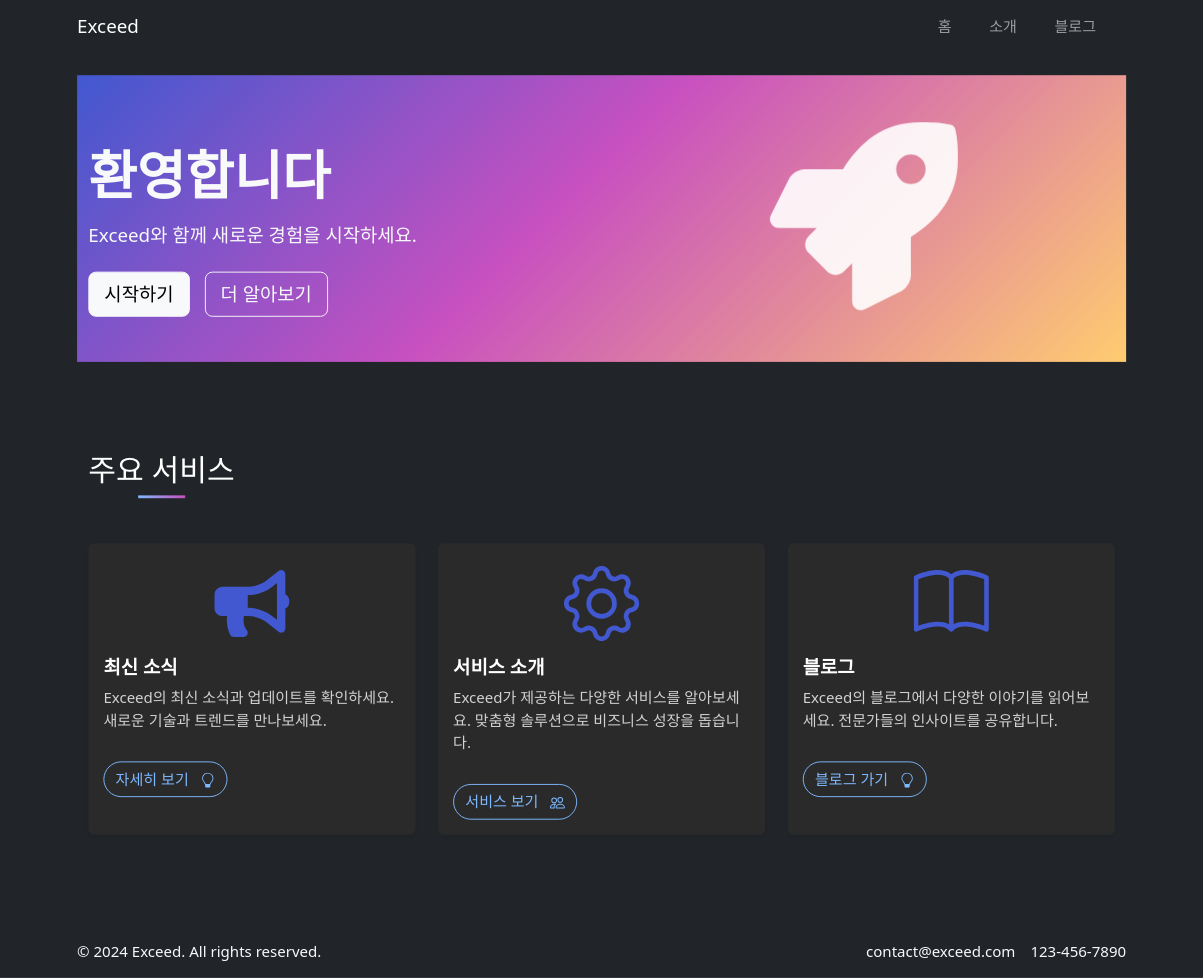
Repository: somej-123/exceed
Page: /
The author's editor kept a copy of each file at every save. The page is drawn from the files as they stood at one save, then again after a run of saves.
The browser window is 1280 px wide. The pictures show the whole page, at 94% of full size.
The project was rebuilt for these pictures with package versions that can differ from the ones it lists, and the page was loaded fresh each time. Also part of the build but not shown: vite.config.ts, src/pages/Info.tsx, src/pages/Blog.tsx.

Above is the page before, as saved 2025-03-23 20:01:59.

### src/App.tsx
import { BrowserRouter as Router, Routes, Route } from 'react-router-dom';
import Layout from './components/Layout';
import Home from './pages/Home';
import Info from './pages/Info';
import Blog from './pages/Blog';
import 'bootstrap/dist/css/bootstrap.min.css';

function App() {
  return (
    <Router>
      <Routes>
        <Route path="/" element={<Layout />}>
          <Route index element={<Home />} />
          <Route path="info" element={<Info />} />
          <Route path="blog" element={<Blog />} />
        </Route>
      </Routes>
    </Router>
  );
}

export default App;

### src/components/Layout.tsx
import { Container } from 'react-bootstrap';
import Header from './Header';
import Footer from './Footer';
import { Outlet } from 'react-router-dom';
import styles from '../styles/Layout.module.css';

const Layout = () => {
  return (
    <div className={`d-flex flex-column min-vh-100 bg-dark text-light ${styles.layoutContainer}`}>
      <Header />
      <Container className="flex-grow-1 py-4">
        <Outlet />
      </Container>
      <Footer />
    </div>
  );
};

export default Layout;

### src/pages/Home.tsx
import { Container, Row, Col, Card, Button } from 'react-bootstrap';
import { FaRocket, FaBullhorn } from 'react-icons/fa';
import { BsLightbulb, BsBook, BsGear, BsPeople } from 'react-icons/bs';
import '../styles/home.css';

const Home = () => {
  return (
    <>
      {/* 히어로 섹션 */}
      <div className="hero-section text-light py-5 mb-5">
        <Container>
          <Row className="align-items-center">
            <Col md={6} className="mb-md-0">
              <h1 className="display-4 fw-bold mb-3 pt-4">환영합니다</h1>
              <p className="lead mb-4">Exceed와 함께 새로운 경험을 시작하세요.</p>
              <Button variant="light" size="lg" className="me-3">시작하기</Button>
              <Button variant="outline-light" size="lg">더 알아보기</Button>
            </Col>
            <Col md={6} className="text-center">
              <FaRocket size={200} className="hero-icon" />
            </Col>
          </Row>
        </Container>
      </div>

      {/* 주요 서비스 섹션 */}
      <Container className="py-5">
        <h2 className="text-center mb-5 section-title">주요 서비스</h2>
        <Row>
          <Col md={4} className="mb-4">
            <Card className="h-100 shadow-sm hover-card border-0">
              <div className="text-center pt-4">
                <FaBullhorn size={80} className="service-icon" />
              </div>
              <Card.Body>
                <Card.Title className="fw-bold">최신 소식</Card.Title>
                <Card.Text>
                  Exceed의 최신 소식과 업데이트를 확인하세요.
                  새로운 기술과 트렌드를 만나보세요.
                </Card.Text>
                <Button variant="outline-primary" className="mt-3 rounded-pill">
                  자세히 보기 <BsLightbulb className="ms-2" />
                </Button>
              </Card.Body>
            </Card>
          </Col>
          <Col md={4} className="mb-4">
            <Card className="h-100 shadow-sm hover-card border-0">
              <div className="text-center pt-4">
                <BsGear size={80} className="service-icon" />
              </div>
              <Card.Body>
                <Card.Title className="fw-bold">서비스 소개</Card.Title>
                <Card.Text>
                  Exceed가 제공하는 다양한 서비스를 알아보세요.
                  맞춤형 솔루션으로 비즈니스 성장을 돕습니다.
                </Card.Text>
                <Button variant="outline-primary" className="mt-3 rounded-pill">
                  서비스 보기 <BsPeople className="ms-2" />
                </Button>
              </Card.Body>
            </Card>
          </Col>
          <Col md={4} className="mb-4">
            <Card className="h-100 shadow-sm hover-card border-0">
              <div className="text-center pt-4">
                <BsBook size={80} className="service-icon" />
              </div>
              <Card.Body>
                <Card.Title className="fw-bold">블로그</Card.Title>
                <Card.Text>
                  Exceed의 블로그에서 다양한 이야기를 읽어보세요.
                  전문가들의 인사이트를 공유합니다.
                </Card.Text>
                <Button variant="outline-primary" className="mt-3 rounded-pill">
                  블로그 가기 <BsLightbulb className="ms-2" />
                </Button>
              </Card.Body>
            </Card>
          </Col>
        </Row>
      </Container>
    </>
  );
};

export default Home;

### src/components/Header.tsx
import { Navbar, Nav, Container } from 'react-bootstrap';
import { Link } from 'react-router-dom';

const Header = () => {
  return (
    <Navbar bg="dark" variant="dark" expand="lg">
      <Container>
        <Navbar.Brand as={Link} to="/">Exceed</Navbar.Brand>
        <Navbar.Toggle aria-controls="basic-navbar-nav" />
        <Navbar.Collapse id="basic-navbar-nav">
          <Nav className="ms-auto">
            <Nav.Link as={Link} className="me-4" to="/">홈</Nav.Link>
            <Nav.Link as={Link} className="me-4" to="/info">소개</Nav.Link>
            <Nav.Link as={Link} className="me-4" to="/blog">블로그</Nav.Link>
          </Nav>
        </Navbar.Collapse>
      </Container>
    </Navbar>
  );
};

export default Header;

### src/components/Footer.tsx
import { Container, Row, Col } from 'react-bootstrap';

const Footer = () => {
  return (
    <footer className="bg-dark text-light py-3 mt-auto">
      <Container>
        <Row className="align-items-center">
          <Col md={6} className="text-center text-md-start">
            <p className="mb-0">&copy; 2024 Exceed. All rights reserved.</p>
          </Col>
          <Col md={6} className="text-center text-md-end">
            <a href="mailto:contact@exceed.com" className="text-light text-decoration-none me-3">
              contact@exceed.com
            </a>
            <a href="tel:123-456-7890" className="text-light text-decoration-none">
              123-456-7890
            </a>
          </Col>
        </Row>
      </Container>
    </footer>
  );
};

export default Footer;

### src/styles/Layout.module.css
.layoutContainer {
  background-color: #1a1a1a;
  color: #ffffff;
}

.layoutContainer :global(.card) {
  background-color: #2a2a2a;
  border: none;
  color: #ffffff;
}

.layoutContainer :global(.card .card-title) {
  color: #ffffff;
}

.layoutContainer :global(.card .card-text) {
  color: #d1d1d1;
}

.layoutContainer :global(.btn-outline-primary) {
  color: #7eb9ff;
  border-color: #7eb9ff;
}

.layoutContainer :global(.btn-outline-primary:hover) {
  background-color: #7eb9ff;
  color: #1a1a1a;
}

.layoutContainer :global(.text-muted) {
  color: #b0b0b0 !important;
}

.layoutContainer :global(.section-title) {
  color: #ffffff !important;
}

.layoutContainer :global(.section-title::after) {
  background: linear-gradient(to right, #7eb9ff, #c850c0);
}

### src/styles/home.css
.hero-section {
  background: linear-gradient(135deg, #4158D0 0%, #C850C0 46%, #FFCC70 100%);
  position: relative;
  overflow: hidden;
}

.hero-icon {
  animation: float 3s ease-in-out infinite;
  color: rgba(255, 255, 255, 0.9);
}

.section-title {
  color: #333;
  position: relative;
  display: inline-block;
  padding-bottom: 10px;
}

.section-title::after {
  content: '';
  position: absolute;
  width: 50px;
  height: 3px;
  bottom: 0;
  left: 50%;
  transform: translateX(-50%);
  background: linear-gradient(to right, #4158D0, #C850C0);
}

.service-icon {
  color: #4158D0;
  transition: color 0.3s ease;
}

.hover-card {
  transition: all 0.3s ease-in-out;
  background: #fff;
}

.hover-card:hover {
  transform: translateY(-5px);
  box-shadow: 0 10px 20px rgba(0,0,0,0.1) !important;
}

.hover-card:hover .service-icon {
  color: #C850C0;
}

@keyframes float {
  0% { transform: translateY(0px); }
  50% { transform: translateY(-20px); }
  100% { transform: translateY(0px); }
}

.rounded-pill {
  padding-left: 1.5rem;
  padding-right: 1.5rem;
}

Loaded but not shown: index.html (common file); src/main.tsx (common file)

After the next 2 saves:
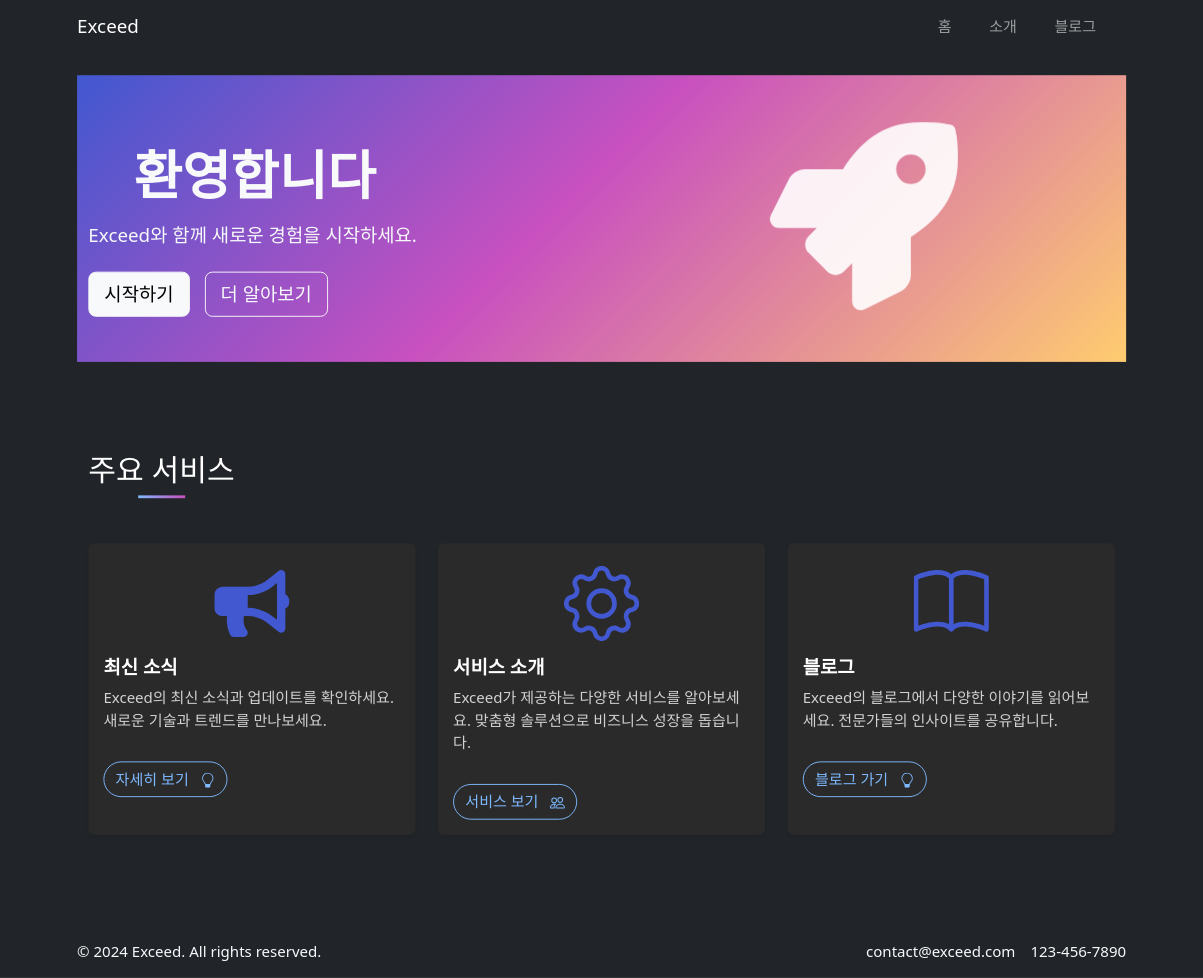
The 2 saves are shown as one change because they came seconds apart.
The last was saved 17 s later.
--- a/src/pages/Home.tsx
+++ b/src/pages/Home.tsx
@@ -11,7 +11,7 @@
         <Container>
           <Row className="align-items-center">
             <Col md={6} className="mb-md-0">
-              <h1 className="display-4 fw-bold mb-3 pt-4">환영합니다</h1>
+              <h1 className="display-4 fw-bold ms-5 mb-3 pt-4">환영합니다</h1>
               <p className="lead mb-4">Exceed와 함께 새로운 경험을 시작하세요.</p>
               <Button variant="light" size="lg" className="me-3">시작하기</Button>
               <Button variant="outline-light" size="lg">더 알아보기</Button>

After the 5 saves that followed:
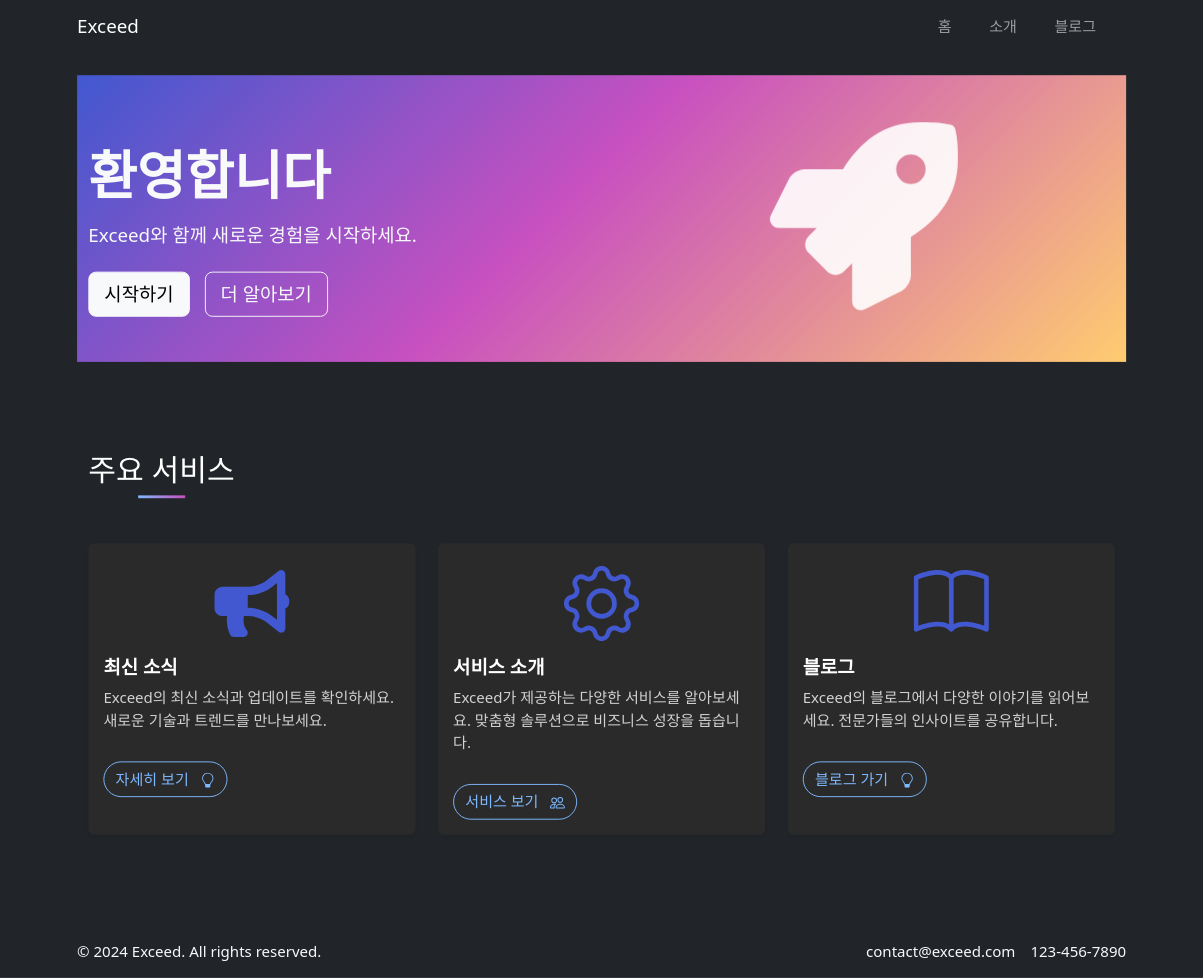
The 5 saves are shown as one change because they came seconds apart.
The last was saved 9 s later.
--- a/src/pages/Home.tsx
+++ b/src/pages/Home.tsx
@@ -11,7 +11,7 @@
         <Container>
           <Row className="align-items-center">
             <Col md={6} className="mb-md-0">
-              <h1 className="display-4 fw-bold ms-5 mb-3 pt-4">환영합니다</h1>
+              <h1 className="display-4 fw-bold mb-3 pt-4">환영합니다</h1>
               <p className="lead mb-4">Exceed와 함께 새로운 경험을 시작하세요.</p>
               <Button variant="light" size="lg" className="me-3">시작하기</Button>
               <Button variant="outline-light" size="lg">더 알아보기</Button>
